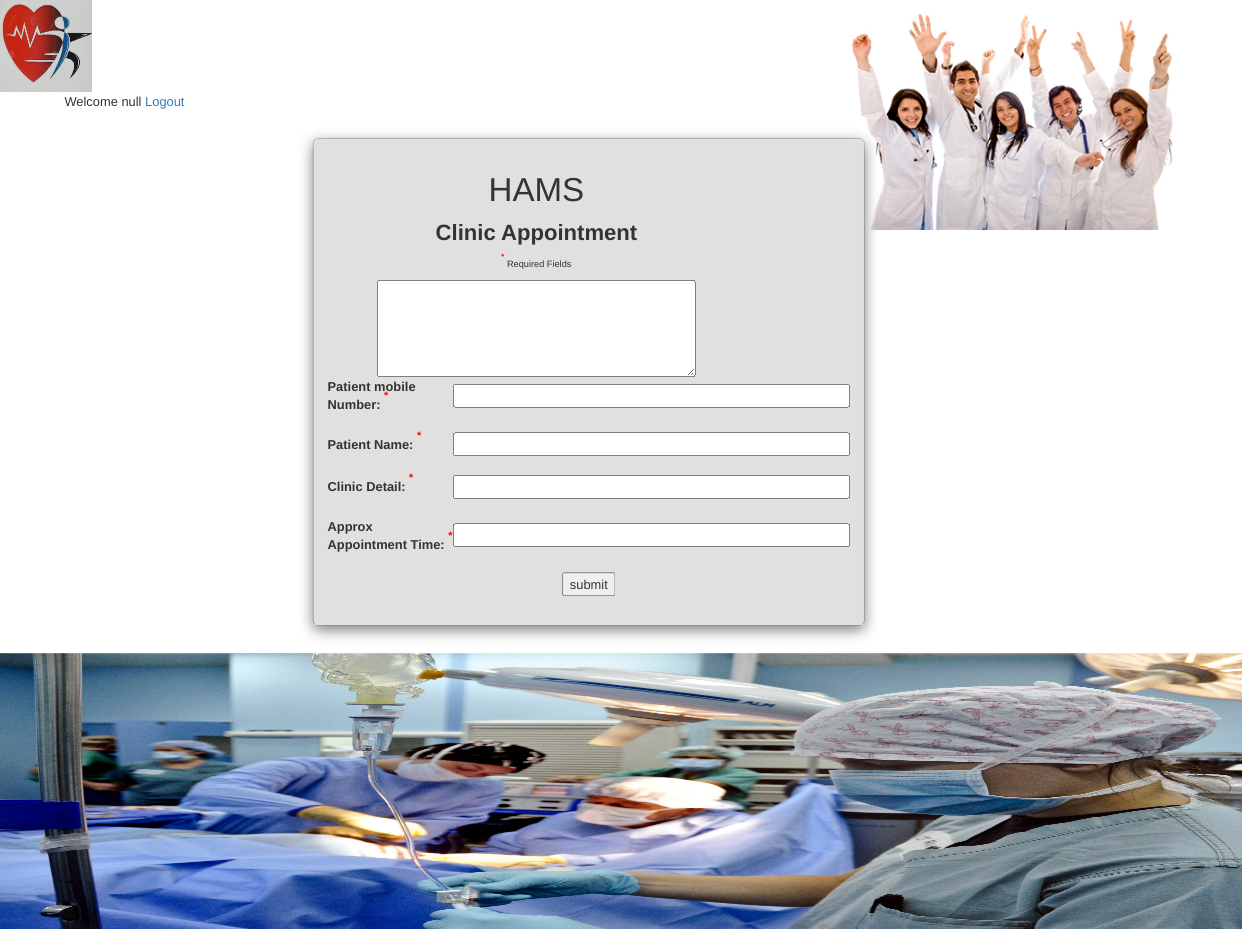
Repository: shiveshk/PullData
Page: http://localhost/Hams/appointment.jsp
The author's editor kept a copy of each file at every save. The page is drawn from the files as they stood at one save, then again after the next save.
The browser window is 1280 px wide. The page is 1350 px wide, so the pictures cover 1350 px, including what lies to the right of the window. The pictures show the whole page, at 92% of full size.
The page is served by Tomcat 9. Nobody is signed in. The application's start-up code is not run.

Above is the page before, as saved 2015-11-09 12:00:16.
Console error (its wording comes from the project's code and is left out).

After the next save:
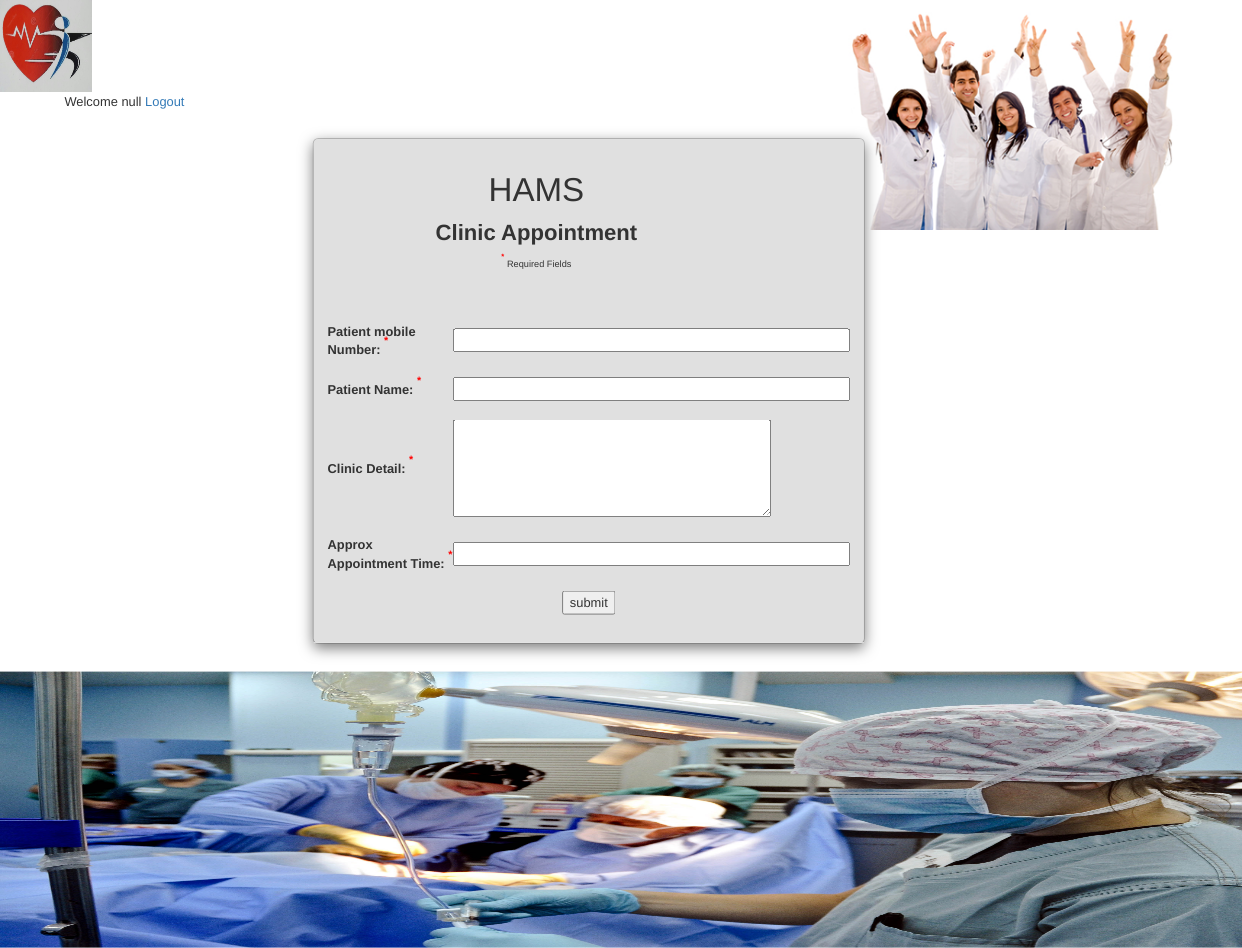
Saved 32 s later.
--- a/Hams/WebContent/appointment.jsp
+++ b/Hams/WebContent/appointment.jsp
@@ -61,8 +61,8 @@ out.println("Welcome "+username);
 
 	 <tr class="row3">
 	 	<td><b>Clinic Detail: <sup>*</sup></b> </td>
-	 	<textarea name="Text1" id="clinic_detail" name="clinic_detail" cols="40" rows="5" ... ></textarea>
-	 	<td><input type="text" id="clinic_detail" name="clinic_detail"  size=50 maxlength=5000  /></td>
+	 	<td><textarea name="Text1" id="clinic_detail" name="clinic_detail" cols="40" rows="5" ... ></textarea></td>
+
 	 </tr>
 
 
